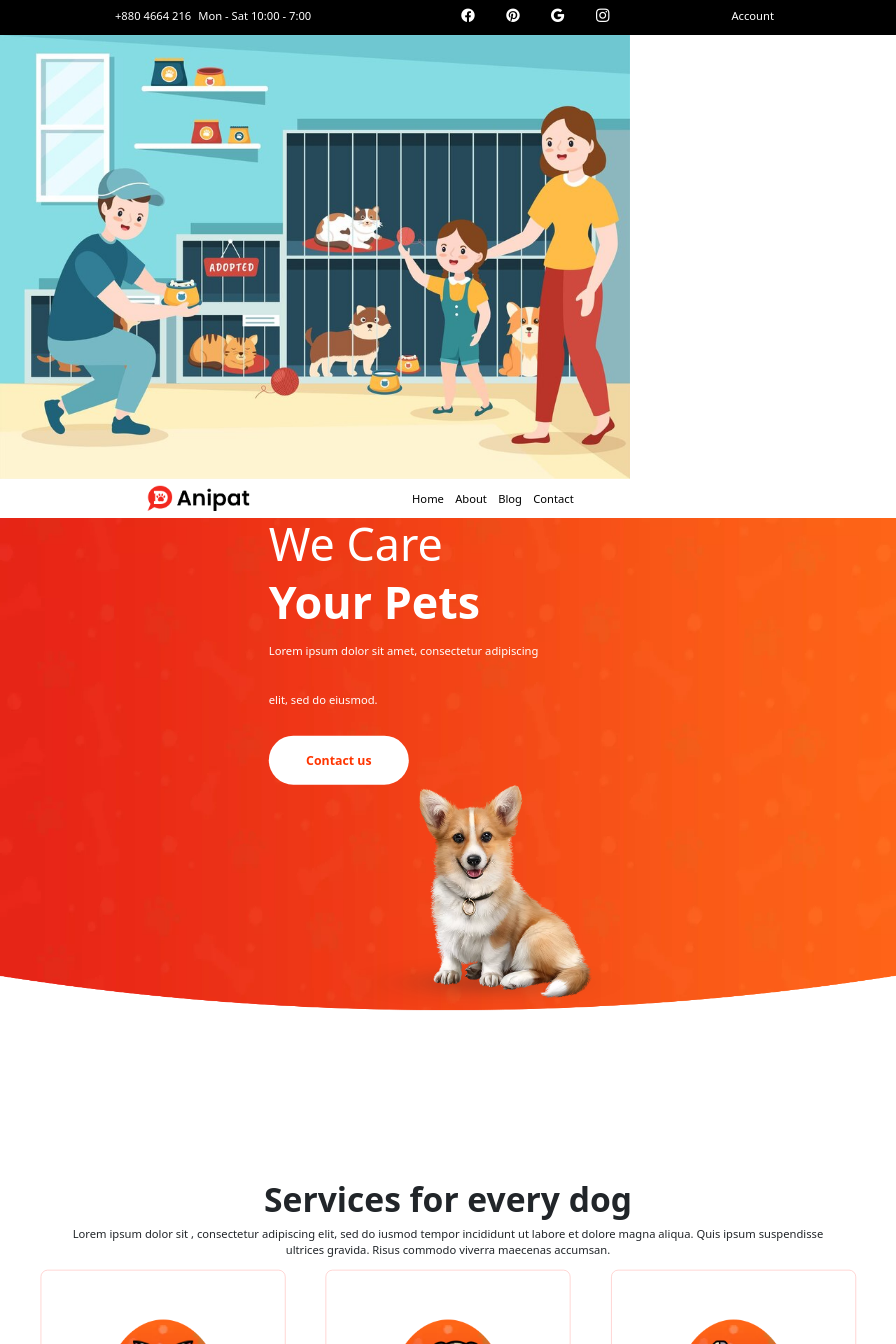
Repository: beovan/php1_ASM
Page: index.html
An editor plug-in stored every save of this project. The page is shown before and after the next save, followed by the edit.
The browser window is 1280 px wide. The pictures show the part of the page from y = 0 to 1920 px (the page is 2967 px tall before and 2333 px after), at 70% of full size.

Above is the page before, as saved 2023-07-12 17:25:58.

### index.html
<!DOCTYPE html>
<html lang="en">

<head>
  <meta charset="UTF-8" />
  <meta http-equiv="X-UA-Compatible" content="IE=edge" />
  <meta name="viewport" content="width=device-width, initial-scale=1.0" />
  <title>ASSIGNMENT</title>
  <link rel="stylesheet" href="css/main.css" />
  <link rel="stylesheet" href="https://cdn.jsdelivr.net/npm/bootstrap-icons@1.10.5/font/bootstrap-icons.css" />
  <link href="https://cdn.jsdelivr.net/npm/bootstrap@5.2.3/dist/css/bootstrap.min.css" rel="stylesheet">
  <script src="https://cdn.jsdelivr.net/npm/bootstrap@5.2.3/dist/js/bootstrap.bundle.min.js"></script>
</head>

<body onload="checkLoggedInUser()">
    <header>
      <div class="header-top">
        <div class="row-header-top">
          <div class="contact-info ">
            <ul>
              <li><a class="disabled" href="#">+880 4664 216</a></li>
              <li><a class="disabled" href="#">Mon - Sat 10:00 - 7:00</a></li>
            </ul>
          </div>

          <div class="social-icon">
            <a href="#"><i class="bi bi-facebook"></i></a>
            <a href="#"><i class="bi bi-pinterest"></i></a>
            <a href="#"><i class="bi bi-google"></i></a>
            <a href="#"><i class="bi bi-instagram"></i></a>
          </div>

          <div class="dropdown">
            <button id="menuUsername" class="dropbtn">Account</button>
            <div class="dropdown-content">
              <a href="login.html" id="loginBtn">Đăng nhập</a>
              <a href="Account_info.html" id="account_info"  >Thông tin tài khoản</a>
              <a id="logoutButton" onclick="logout()" style="display: none;">Đăng xuất</a>
              <a href="Account.html" id="registerBtn">Đăng kí</a>

            </div>
          </div>

        </div>


      </div>
      <div class="header-bottom">
        <img src="img/Background_blur/adopt-pet-from-animal-shelter-form-cats-dogs-care-flat-cartoon-illustration_2175-9539.jpg" alt="">
        <div class="row-header-bottom">
          <a href="index.html"><img src="img/logo.png.webp" alt=""></a>
          <nav class="navbar navbar-expand-lg ">
              <div class="container-fluid">
                <button class="navbar-toggler" type="button" data-bs-toggle="collapse" data-bs-target="#collapsibleNavbar" aria-controls="navbarNavAltMarkup" aria-expanded="false" aria-label="Toggle navigation">
                  <span class="navbar-toggler-icon"></span>
                </button>
                <div class="collapse navbar-collapse " id="collapsibleNavbar">
                  <ul class="navbar-nav">
                    <li class="nav-item">
                      <a class="nav-link" href="index.html">Home</a>
                    </li>
                    <li class="nav-item">
                      <a class="nav-link" href="about.html">About</a>
                    </li>
                    <li class="nav-item">
                      <a class="nav-link" href="blog.html">Blog</a>
                    </li>

                    <li class="nav-item">
                      <a class="nav-link" href="contact.html">Contact</a>
                    </li>

                  </ul>
                </div>
              </div>
            </nav>

        </div>


        </div>


          <!-- navbar -->
    </header>
    <!--Header-->
    <section>
      <div class="banner-father">
        <div class="row-home-banner">
          <div class="slider-text">
            <h2>We Care</h2>
            <span>Your Pets</span>
            <p>Lorem ipsum dolor sit amet, consectetur
              adipiscing elit, sed do eiusmod.</p>
            <a href="#">Contact us</a>
          </div>
          <div class="img-banner">
            <img class="reponsive-picture" src="img/dog.png.webp" alt="" />
          </div>
        </div>
      </div>
    </section>
    <!--Slider-->

      <section>
        <div class="area-home">
          <div class="container">
            <div class="collum-text-home">
              <div class="text-area-home">
                <h3>
                  Services for every dog
                </h3>
                <p>Lorem ipsum dolor sit , consectetur adipiscing elit, sed do
                  iusmod tempor incididunt ut labore et dolore magna aliqua.
                  Quis ipsum suspendisse ultrices gravida. Risus commodo
                  viverra maecenas accumsan.</p>
              </div>
            </div>
          </div>
          <div class="box-row-home">
            <div class="box-home ">
              <div class="background-orange">
                <div class="picture-area">
                  <img src="img/area/service_icon_1.png.webp" alt="">
                </div>
                </div>
              <div class="text-box-home">
                <h3>Pet Boarding</h3>
              <p>Lorem ipsum dolor sit amet, consectetur adipiscing elit, sed do eiusmod tempor incididunt ut</p>
              </div>

            </div>
            <div class="box-home ">
              <div class="background-orange">
                <div class="picture-area">
                  <img src="img/area/service_icon_2.png.webp" alt=""></div>
                </div>
              <div class="text-box-home">
                <h3>Healthy Meals</h3>
              <p>Lorem ipsum dolor sit amet, consectetur adipiscing elit, sed do eiusmod tempor incididunt ut</p>
              </div>

            </div>
            <div class="box-home ">
              <div class="background-orange">
                <div class="picture-area">
                  <img src="img/area/service_icon_3.png.webp" alt=""></div>
                </div>
              <div class="text-box-home">
                <h3>Pet Spa</h3>
              <p>Lorem ipsum dolor sit amet, consectetur adipiscing elit, sed do eiusmod tempor incididunt ut</p>
              </div>

            </div>
          </div>
        </div>


      </section><!--AREA HOME-->
      <footer>
        <div class="footer-top">
          <div class="footer-box">
            <h3>Contact Us</h3>
            <ul>
              <li>+555 0000 565</li>
              <li><a href="#">Demomail@gmail.Com</a> </li>
              <li>700, Green Lane, New York, USA</li>
            </ul>
          </div>
          <div class="footer-box">
            <h3>Our Servces</h3>
            <ul>
              <li><a href="#">Pet Insurance</a></li>
              <li><a href="#">Pet surgeries</a></li>
              <li><a href="#">Pet Adoption</a></li>
              <li><a href="#">Dog Insurance</a></li>
              <li><a href="#">Dog Insurance</a></li>
            </ul>
          </div>
          <div class="footer-box">
            <h3>Quick Link</h3>
            <ul>
             <li><a href="#">About Us</a></li>
             <li><a href="#">Privacy Policy</a></li>
             <li><a href="#">Terms of Service</a> </li>
             <li><a href="#">Login info</a></li>
             <li><a href="#">Knowledge Base</a></li>
            </ul>
          </div>
          <div class="footer-box">
            <h3><a href="index.html"><img src="img/logo.png.webp" alt=""></a></h3>
            <p>239 E 5th St, New York NY 10003, USA</p>
            <ul class="footer-icon">
              <li> <a href="#"><i class="bi bi-facebook"></i></a> </li>
              <li> <a href="#"><i class="bi bi-pinterest"></i></a> </li>
              <li> <a href="#"><i class="bi bi-google"></i></a> </li>
              <li> <a href="#"><i class="bi bi-instagram"></i></a> </li>
            </ul>
          </div>
        </div>
        <!--footer-top-->
        <hr>
        <div class="footer-copy-right">
          <div>
            <p>
              Copyright ©2023 All rights reserved | This template is made with  by <a href="#">Colorlib</a>
            </p>
          </div>
        </div>
        <!--footer-bottom-->

      </footer>
    <!--Footer-->
    <script src="js/account.js"></script>

</body>

</html>

### css/main.css
:root {
  --primary-color: #ff3500;
  --banner-color: #FB5519;
}

* {
  padding: 0;
  margin: 0;
  box-sizing: border-box;
}
/* font-family */
body {
  font-family: 'Open Sans', sans-serif;
  font-size: 16px;
  line-height: 1.6;
  overflow-x: hidden;
}
/* over flow-x hidden de che phan trang */
html {
  scroll-behavior: smooth;
  overflow-x: hidden;
}

/* /responsive */
/* bootrap */


/* Responsive Styles */
/* gutter */
.gutter {
  height: 32px;
}

/* header */
header {
  width: 100%;
}

/* header */
.row-header-top{
  display: grid;
  grid-template-columns: auto auto auto ;
  align-items: center;
  justify-content: space-evenly;
}
.header-top {
  background-color: black;
  width: 100%;
  height: 50px;
}

.header-top ul {
  display: flex;
}

.contact-info ul {
  list-style-type: none;
  margin: 0;
  padding: 0;
}

.contact-info ul li {
  display: inline-block;
  margin-right: 10px;
}

.disabled {
  pointer-events: none;
}

.social-icon {
  font-size: 1.2rem;
}

.social-icon a {
  padding-left: 40px;
  transition: 1s;
}

.social-icon a:hover {
  color: var(--primary-color);
}

.header-top a {
  color: white;
  text-decoration: none;
}
/* Account  */
.dropdown {
  position: relative;
  display: inline-block;
}

.dropbtn {
  background-color: #4CAF50;
  color: white;
  padding: 10px;
  font-size: 16px;
  border: none;
  cursor: pointer;
}

.dropdown-content {
  display: none;
  position: absolute;
  background-color: #f9f9f9;
  min-width: 160px;
  box-shadow: 0px 8px 16px 0px rgba(0,0,0,0.2);
  z-index: 1;
}

.dropdown-content a {
  color: black;
  padding: 12px 16px;
  text-decoration: none;
  display: block;
}

.dropdown-content a:hover {
  background-color: #f1f1f1;
  cursor: pointer;
}

.dropdown:hover .dropdown-content {
  display: block;
}
.dropdown {
  position: relative;
  display: inline-block;
}

.dropbtn {
  background-color: black;
  color: white;
  padding: 10px;
  font-size: 16px;
  border: none;
  cursor: pointer;
}

.dropdown-content {
  display: none;
  position: absolute;
  background-color: #f9f9f9;
  min-width: 120px;
  box-shadow: 0px 8px 16px 0px rgba(0,0,0,0.2);
  z-index: 1;
}

.dropdown-content a {
  color: black;
  padding: 12px 16px;
  text-decoration: none;
  display: block;
}

.dropdown-content a:hover {
  background-color: #f1f1f1;
}

.dropdown:hover .dropdown-content {
  display: block;
}

#logoutButton{
  background-color: white;
  border: none;
  padding: 12px 6px;

}
#logoutButton:hover{
  background-color: #f9f9f9;
}
#account_info{
  background-color: white;
  border: none;
  padding: 12px 6px;
}
#account_info:hover{
  background-color: #f9f9f9;

}
.text-account-name{
  color: white;
}
/* Reponsive_header_top */
@media screen and (max-width: 700px){
    .row-header-top{
      display: grid;
      grid-template-columns: auto  ;
      justify-content: center;
      justify-items: center;
    }
    .header-top{
      height: 100px;
    }
}
/* header bottom */
.header-bottom {
  width: 100%;

}
.row-header-bottom{
  display: flex;
  flex-wrap: wrap;
  justify-content: space-evenly;
  align-items: center;
}
.header-bottom nav {
  width: 500px;
  max-width: 100%;
}


.navbar-nav a{
  color: black;
}
.navbar-nav a:hover{
  color: var(--primary-color);

}

.bi-list{
  background-color: black;
  border-radius: 5px;

}


/* banner */
.banner-father {
  background-image: url('/ASSIGNMENT/img/banner-orange.png');
  background-size: 100% 100%;
  display: flex;
  align-items: center;
  text-align: left;
  flex-direction: column;
}

.slider-text {
  text-align: left;
  width: 400px;
  max-width: 100%;
  display: flex;
  flex-direction: column;
  line-height: 70px;
}

.slider-text h2 {
  font-size: 4em;
  color: white;
  font-weight: 500;
}

.slider-text span {
  font-size: 4em;
  color: white;
  font-weight: 700;
}

.slider-text a {
  font-size: 1.1em;
  color: var(--primary-color);
  font-weight: 700;
  text-decoration: none;
  background-color: white;
  width: 200px;
  border-radius: 40px;
  text-align: center;
  transition: 1s;
}

.slider-text a:hover {
  color: white;
  background-color: var(--primary-color);
}

.slider-text p {
  color: white;
}

.img-banner {
  text-align: right;
  max-width: 100%;
}

.row-home-banner {
  display: flex;
  flex-direction: row;
  flex-wrap: wrap;
  align-items: center;
}
.reponsive-picture{
  max-width: 80%;
  height: auto;
}
/* reponsive-picture */
@media screen and (max-width: 1350px){
  .row-home-banner{
    width: 40%;
  }
}
@media screen and (max-width: 1000px){
  .row-home-banner{
    width: 50%;
  }
  .reponsive-picture{
    display: none;
  }
  .row-home-banner{
    margin-bottom: 40px;
  }
}
@media screen and (max-width: 600px){
  .row-home-banner {
    width: 50%;
}
}
/* reponsive nav */
@media screen and (max-width: 1000px){
  .row-header-bottom {
    max-width: calc(100% - 32px);
  }
.header-bottom {
  display: flex;
  justify-content: center;

}
}


/* text area home */
.collum-text-home{
  display: flex;
  flex-direction: column;
  flex-wrap: wrap;
  align-items: center;
  text-align: center;
}

.text-area-home h3{
  font-size: 3em;
  font-weight: 800;
}
/* area-home */
.area-home{
  padding-top: 241px;
  padding-bottom: 106px;
}
.box-row-home{
  display: grid;
  grid-template-columns: auto auto auto;
  justify-content: space-evenly;
}
.box-home{
  width: 350px;
  height: 400px;
  border: 1px solid red;
  padding: 70px 25px 65px 25px;
  border: 1px solid #ffc5c2;
  transition: 1s;
  border-radius: 10px;
}
.box-home:hover{
  box-shadow: 0px 0px 10px 5px #ccc;
}
.background-orange{
  background-image: url("/ASSIGNMENT/img/area/service_icon_bg_1.png.webp");
  background-repeat: no-repeat;
  background-size: 100% 100%;
  margin: auto;
  display: flex;
  text-align: center;
  align-items: center;
  justify-content: center;
  height: 140px;
  width: 160px;
}
.text-box-home{
  text-align: center;
}
/* reponsive box */
@media screen and (max-width: 1200px) {
  .box-row-home{
    width: 100%;
    display: grid;
    grid-template-columns: auto auto;
    justify-items: center
  }
  .box-home{
    width: 70%;
    margin-top: 30px;
  }
@media screen and (max-width: 900px)  {
  .box-row-home{
    width: 100%;
   display: grid;
   grid-template-columns: auto;
  }
  .box-home{
    width: 70%;
    margin-top: 30px;
  }
}

}
@media screen and (max-width: 500px)  {
  .box-row-home{
    width: 100%;
    display: grid;
    grid-template-columns: auto ;
    justify-items: center
  }
  .box-home{
    width: 70%;
    margin-top: 30px;
  }
}
/* footer */
footer{
  background-color: #f8f8f8;

}
.footer-top {
  width: 100%;
  padding-top: 130px;
  padding-bottom: 110px;
  display: grid;
  grid-template-columns: auto auto auto auto;
  justify-content: space-evenly;
  line-height: 40px;
}

.footer-box ul li a {
  color: #7a7a7a;
}

.footer-box h3 {
  font-size: 25px;
  color: black;
}

.footer-box a {
  text-decoration: none;
  transition: 1s;
}

.footer-box a:hover {
  color: var(--primary-color);
}

.footer-box li {
  list-style: none;
}

.footer-icon {
  display: flex;
  font-size: 20px;
}

.footer-icon a {
  margin-left: 20px;
}
/* reponsive */
@media screen and (max-width: 1200px)  {
  .footer-top{
    width: 100%;
    display: grid;
    grid-template-columns: auto auto  ;
    justify-items: center;
  }

}



.footer-copy-right{
  display: flex;
  justify-content: center;
  padding-top: 30px;
  padding-bottom: 50px;
  text-align: left;
}
.footer-copy-right a{
 text-decoration: none;
 color: rgb(143, 143, 231);
 transition: 1s;
}
.footer-copy-right a:hover{
  color: rgb(69, 69, 222);
 }
/* Trang about */
.banner-about{
  background-image: url('/ASSIGNMENT/img/banner.png.webp');
  background-size: 100% 100%;
  display: flex;
  align-items: center;
  padding: 160px 0;
  flex-direction: column;
}
.about-text-banner{
  font-size: 50px;
  color: white;
  font-weight: 900;
}
.row-text-about{
  display: flex;
  flex-wrap: wrap;
  flex-direction: row;
  justify-content: center;
  align-items: center;
}
.picture-cat img{
  transition: all 1s ease-in;
}
.picture-cat img:hover{
  transform: scale(1.1);
}

.text-area{
  width: 500px;
}
.text-area span{
  font-weight: 200;
  font-size: 2em;
}
.text-area h3 {
  font-weight: 800;
  font-size: 2em;
}
#about-btn{
  color: white;
  background-color: var(--primary-color);
  text-decoration: none;
  border-radius: 40px;
  font-size: 20px;
  padding: 12px 20px;
}
/* trang account  */
.form{
  background-color: rgb(0,0,0); /* Fallback color */
  background-color: rgba(0,0,0, 0.4); /* Black w/opacity/see-through */
  color: white;
  font-weight: bold;
  border: 3px solid #f1f1f1;
  position: absolute;
  top: 50%;
  left: 50%;
  transform: translate(-50%, -50%);
  z-index: 2;
  width: 30%;
  text-align: center;
  padding: 20px;
  line-height: 50px;
}
.form input[ type="text"],
input[ type="email"],
input[ type="password"]{
    width: 60%;
    height: 40px;
}

.form-button{
  margin-left: auto;
  margin-right: auto;
}
#Register{
  width: 30%;
  border-radius: 10px;
  padding: 5px 10px;
  cursor: pointer;
  font-weight: 600;
  transition: 1s;
  color: black;
  background-color: white;
}
#Register:hover{
  background-color: black;
  color: white;

}
.red-hight-light{
  outline: 2px solid red ;
  transition: 1s ease-in;
}
.green-hight-light{
  outline: 2px solid green ;
  transition: 1s ease-in;
}
.erro-username{
  color: white;
}
.display{
  display: none !important;
}
.erro-email{
  color: white;
}
.erro-password{
  color: white;
}
/* trang login */
#Login{
  width: 30%;
  border-radius: 10px;
  padding: 5px 10px;
  cursor: pointer;
  font-weight: 600;
  transition: 1s;
  color: black;
  background-color: white;
}
#Login:hover{
  background-color: black;
  color: white;

}
/* chinh link mau login va resgiter  */
#login-link{
  color:white ;
  text-decoration: none;
}
#login-link:hover{
  text-decoration: underline;
}
#Register-link{
  color: white;
  text-decoration: none;
}
#Register-link:hover{
  text-decoration: underline;
}
/* trang blog */
.banner-blog{
  background-image: linear-gradient(to right, #EA2F17, rgb(244 153 92));
  height: 400px;
  border-bottom-right-radius: 70%;
  border-bottom-left-radius: 70%;
  display: flex;
  align-items: center;
  justify-content: center;
}
.ball{
  background-color: rgb(220, 247, 23);
  border: 1px #3cf solid;
  width: 2px;
  height: 2px;
  padding: 10px;
  text-align: center;
  border-radius: 50%;
  position: relative;
  /* animation:[name] [duration] [timing-function] [delay] [iteration-count]; */
  animation: ball 4s ease-in-out 0s infinite ;
}
@keyframes ball{

  0% {
      top: 0;
      left: 0;
    }

    25% {
      top: 200px;
      left: 200px;
    }

    50% {
      top: 0;
      left: 400px;
    }

    75% {
      top: 200px;
      left: 200px;
    }

    100% {
      top: 0;
      left: 0;
    }


}


.center-blog h1{
  color: white;
  font-weight: 700;
  font-size: 50px;
}
.content-blog{
  width: 90%;
  display: grid;
  grid-template-columns: auto auto;
}
.content-blog-left{
  width: calc(100% - 150px);
  display: grid;
  grid-template-columns: auto ;
  row-gap: 50px;
}
.content-blog-right{
  width: calc(100% - 102px);
}
.search-blog{
  display: flex;
  flex-direction: column;
  width: 400px;
  height: 200px;
  background-color: #e4e4e4;
  align-items: center;
  justify-content: center;
}
#search{
  width: 300px;
  height: 50px;
  color: white;
  border: 1px solid #ccc;
}
#submit-search{
  width: 350px;
  height: 50px;
  border: 1px solid var(--banner-color);
  color: var(--banner-color);
  background-color: white;
  transition: 0.5;
}
#submit-search:hover{
  background-color: var(--banner-color);
  color: white;
}
#search-icon{
  background-color: white;
  display: flex;
  align-items: center;
  width: 50px;
  justify-content: center;
}
.box-blog-news{
  box-shadow: 0px 0px 5px 2px #e3e2e2 ;
}
.text-blog-news{
  padding: 20px 10px 10px 10px;
}
.link-info-blog{
  display: flex;
  list-style: none;
  justify-content: space-evenly;
  width: 300px;
}
/* Trang contact */
#map{
  height: 400px;
}
#Show-location{
  width: 200px;
  margin-top: 30px;
}
.textarea-contact{
  width: 800px;
}
.content-contact{
  width: 1200px;
  display: grid;
  grid-template-columns: auto auto;

}
.content-contact-left{
  width: 750px;

}
.content-contact-right{
  width: 450px;
}
.form-contact{
  display: grid;
  grid-template-columns: auto ;
}
.content-contact-left input{
width: 200px;
margin-top: 20px;
}

Loaded but not shown: js/account.js (281 lines, source omitted)

After the next save:
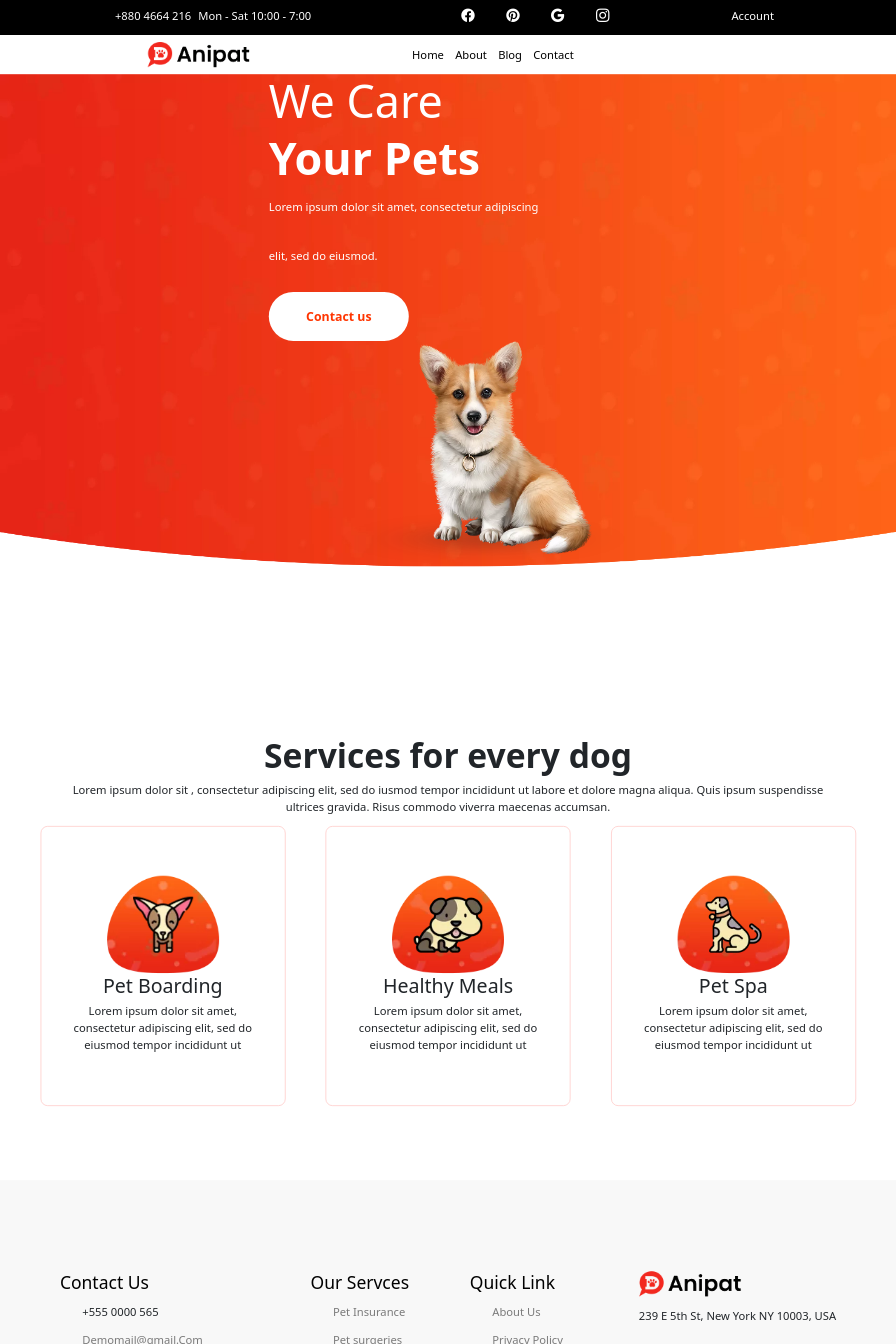
Saved 7 s later.
--- a/index.html
+++ b/index.html
@@ -46,7 +46,6 @@
 
       </div>
       <div class="header-bottom">
-        <img src="img/Background_blur/adopt-pet-from-animal-shelter-form-cats-dogs-care-flat-cartoon-illustration_2175-9539.jpg" alt="">
         <div class="row-header-bottom">
           <a href="index.html"><img src="img/logo.png.webp" alt=""></a>
           <nav class="navbar navbar-expand-lg ">
